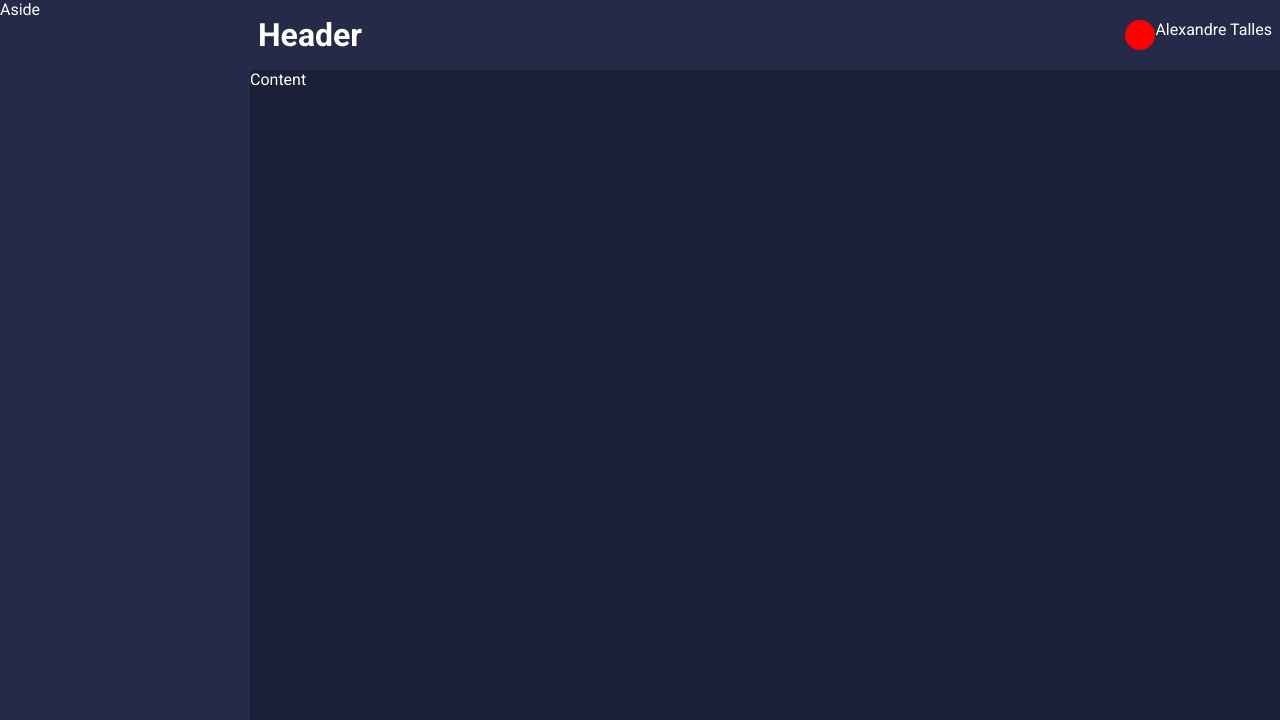
Repository: XFERRER7/dashboard
Page: /
The author's editor kept a copy of each file at every save. The page is drawn from the files as they stood at one save, then again after a run of saves.
The browser window is 1280 px wide. The pictures show the whole page.
The project was rebuilt for these pictures with package versions that can differ from the ones it lists, and the page was loaded fresh each time. Also part of the build but not shown: vite.config.ts.

Above is the page before, as saved 2022-07-07 15:47:11.

After the next 4 saves:
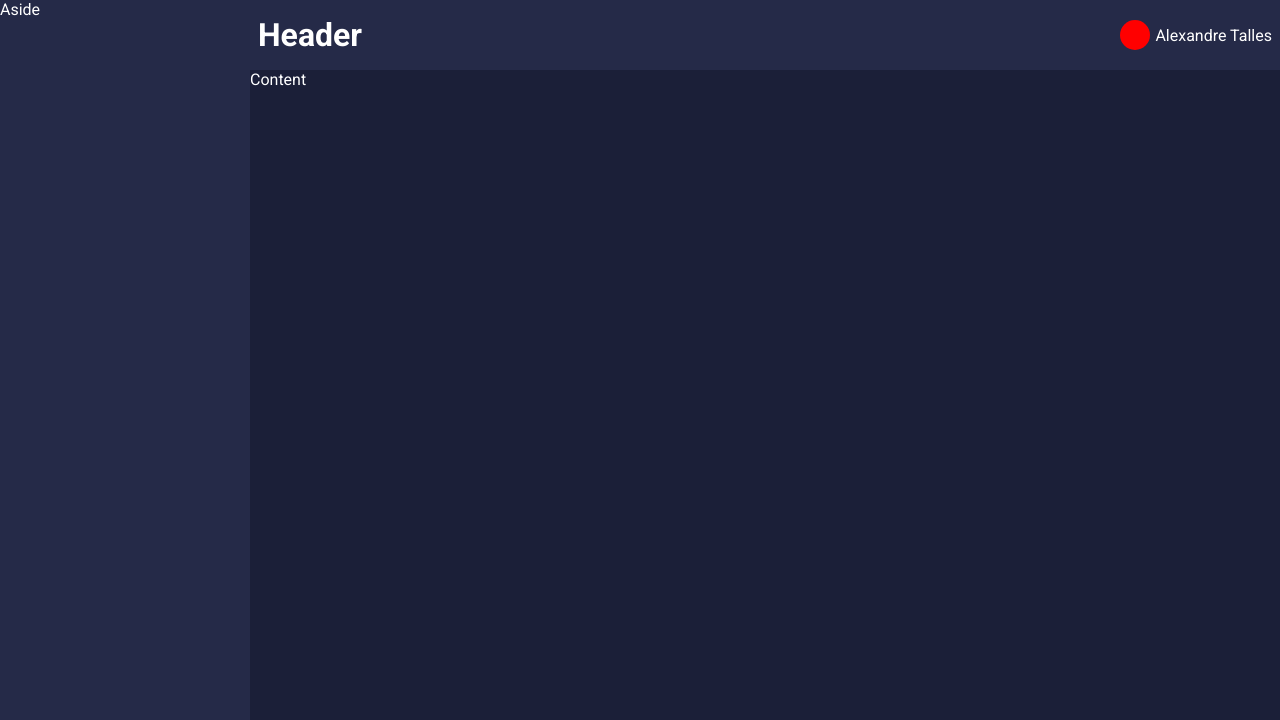
The 4 saves are shown as one change because they came seconds apart.
The last was saved 15 s later.
--- a/src/components/MainHeader/Styles.ts
+++ b/src/components/MainHeader/Styles.ts
@@ -12,7 +12,9 @@ export const Container = styled.div`
 
 export const Profile = styled.div`
   display: flex;
-  it
+  align-items: center;
+  justify-content: center;
+  gap: 5px;
 `
 
 export const UserName = styled.div`
